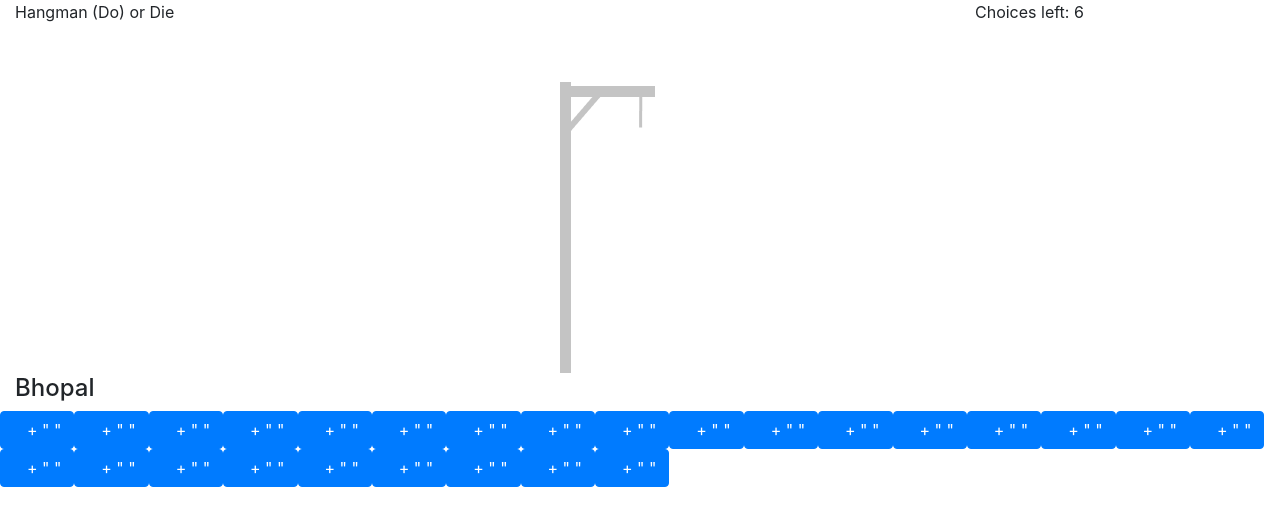
Repository: jatinhchanchlani/hangman
Page: /
An editor plug-in stored every save of this project. The page is shown before and after the next save, followed by the edit.
The browser window is 1280 px wide. The pictures show the whole page.
The project was rebuilt for these pictures with package versions that can differ from the ones it lists, and the page was loaded fresh each time. Also part of the build but not shown: src/App.css.

Above is the page before, as saved 2020-10-04 22:32:03.

After the next save:
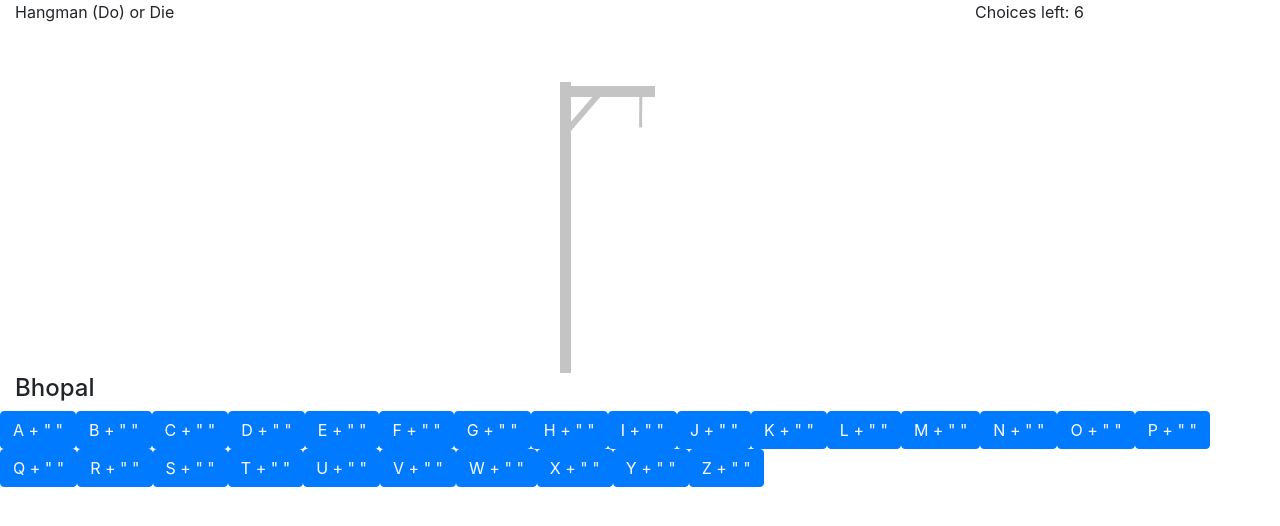
Saved 17 s later.
--- a/src/components/letters.jsx
+++ b/src/components/letters.jsx
@@ -6,7 +6,7 @@ class Letters extends Component {
       <div className="row">
         {Array(26)
           .fill()
-          .map((index) => String.fromCharCode("A".charCodeAt(0) + index))
+          .map((_, index) => String.fromCharCode("A".charCodeAt(0) + index))
           .map((char) => (
             <button key={char} className="btn btn-primary">
               {char} + " "
